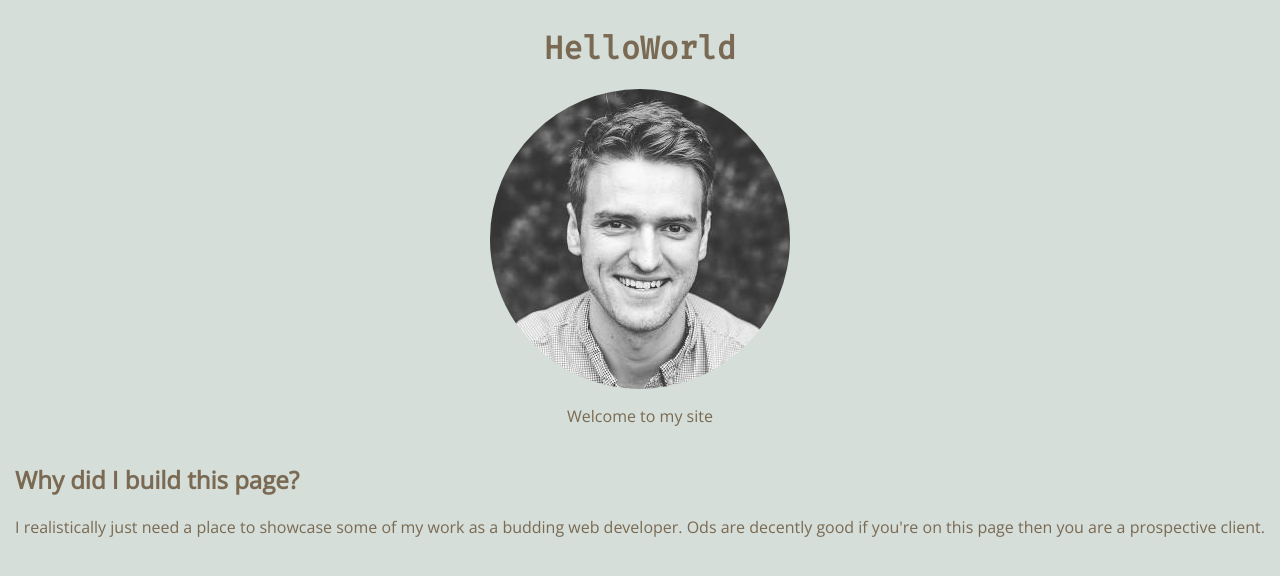
Repository: milespossing/Personal-Page
Page: index.html
An editor plug-in stored every save of this project. The page is shown before and after the next save, followed by the edit.
The browser window is 1280 px wide. The pictures show the whole page.

Above is the page before, as saved 2019-09-25 07:01:18.

### index.html
<head>
    <link rel="stylesheet" type="text/css" href="Styles/style.css"/>
    <link href="https://fonts.googleapis.com/css?family=Fira+Mono|Open+Sans&display=swap" rel="stylesheet">
</head>
<body>
    <div class="Site-Header">
        <h1 class="code">HelloWorld</h1>
        <div>
            <img src="Images/simple-headshot.jpeg" class="Display-Picture"/>
        </div>
    </div>
    <p>Welcome to my site</p>
    <div>
        <h2>Why did I build this page?</h2>
        <p>I realistically just need a place to showcase some of my work as a budding web developer. Ods are decently good if you're on this page then you are a prospective client.</p>
    </div>

</body>

### Styles/style.css
/*
#D9CEB2
#948C75
#D5DED9
#7A6A53
#99B2B7
 */

body {
    display: flex;
    flex-direction: column;
    align-content: center;
    align-items: center;
    background: #D5DED9;
    color: #7A6A53;
    font-family: 'Open Sans', sans-serif;
    /* background-image: url("../Images/john-fowler-aaIN3y2zcMQ-unsplash.jpg"); */
    background-size: cover;
    background-attachment: fixed;
    background-position: center;
}

.site-header {
    width: 100%;
    display: flex;
    flex-direction: column;
    align-items: center;
    justify-items: right;
    background-size: cover;
    background:
}

.background-container {

}

.code {
    font-family: 'Fira Mono', monospace;
}

.display-picture {
    border-radius: 50%;
}

After the next save:
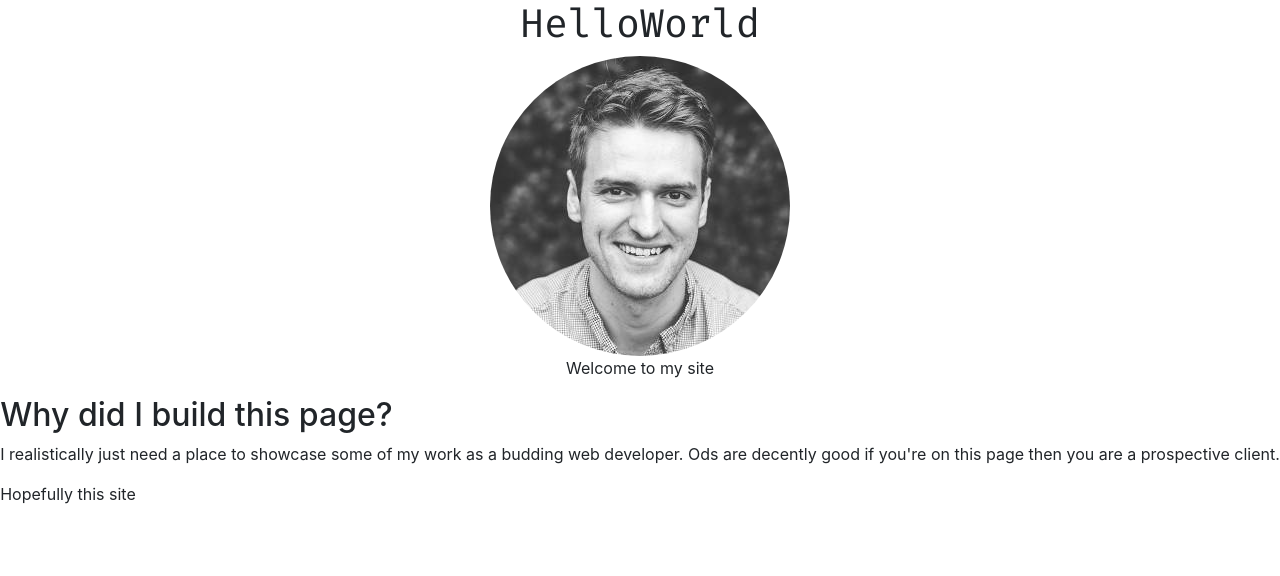
Saved 79 s later.
--- a/index.html
+++ b/index.html
@@ -1,6 +1,7 @@
 <head>
     <link rel="stylesheet" type="text/css" href="Styles/style.css"/>
     <link href="https://fonts.googleapis.com/css?family=Fira+Mono|Open+Sans&display=swap" rel="stylesheet">
+    <link rel="stylesheet" href="https://stackpath.bootstrapcdn.com/bootstrap/4.3.1/css/bootstrap.min.css" integrity="sha384-ggOyR0iXCbMQv3Xipma34MD+dH/1fQ784/j6cY/iJTQUOhcWr7x9JvoRxT2MZw1T" crossorigin="anonymous">
 </head>
 <body>
     <div class="Site-Header">
@@ -13,6 +14,7 @@
     <div>
         <h2>Why did I build this page?</h2>
         <p>I realistically just need a place to showcase some of my work as a budding web developer. Ods are decently good if you're on this page then you are a prospective client.</p>
+        <p>Hopefully this site </p>
     </div>
 
 </body>
